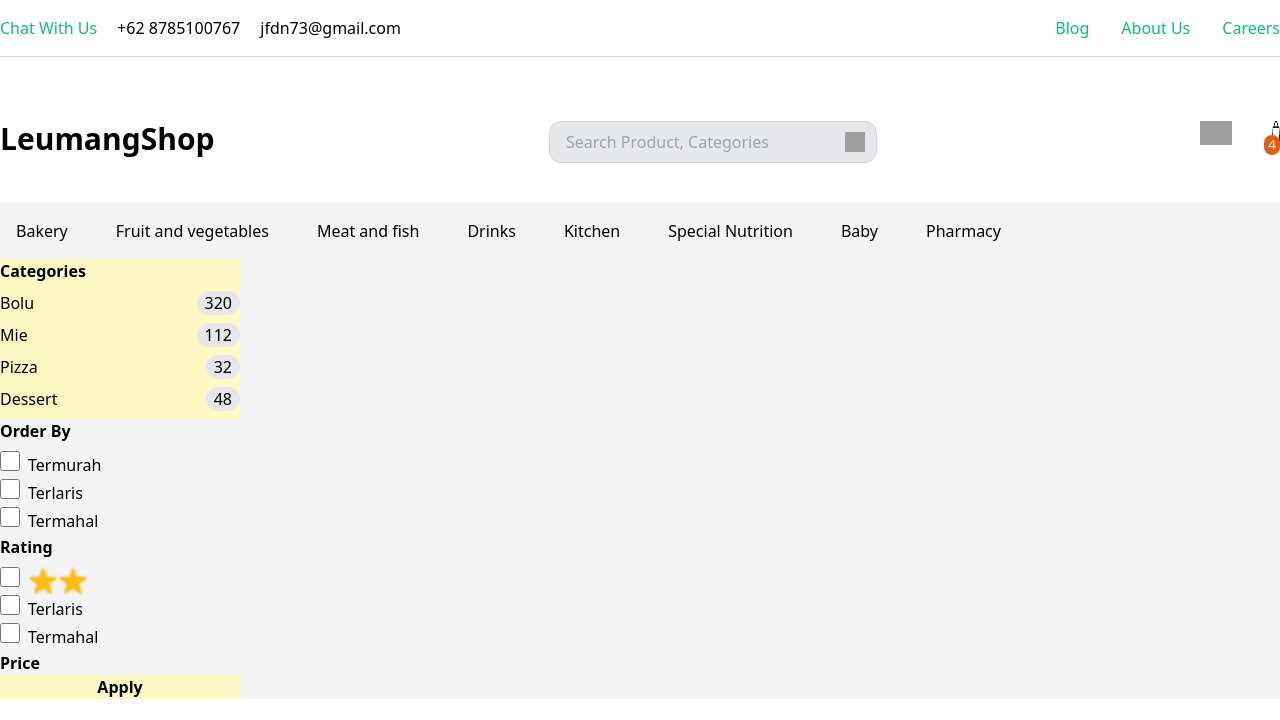
Repository: jafetdn73/ecommerce-tailwind
Page: /
These files come from the project's save history. The page is drawn as it stood at one moment and after the next save; the edit follows.
The browser window is 1280 px wide. The pictures show the whole page.
Pictures or frames that could not be fetched are drawn as grey boxes. The project was rebuilt for these pictures with package versions that can differ from the ones it lists, and the page was loaded fresh each time. Also part of the build but not shown: src/App.css.

Above is the page before, as saved 2022-03-14 01:14:43.

After the next save:
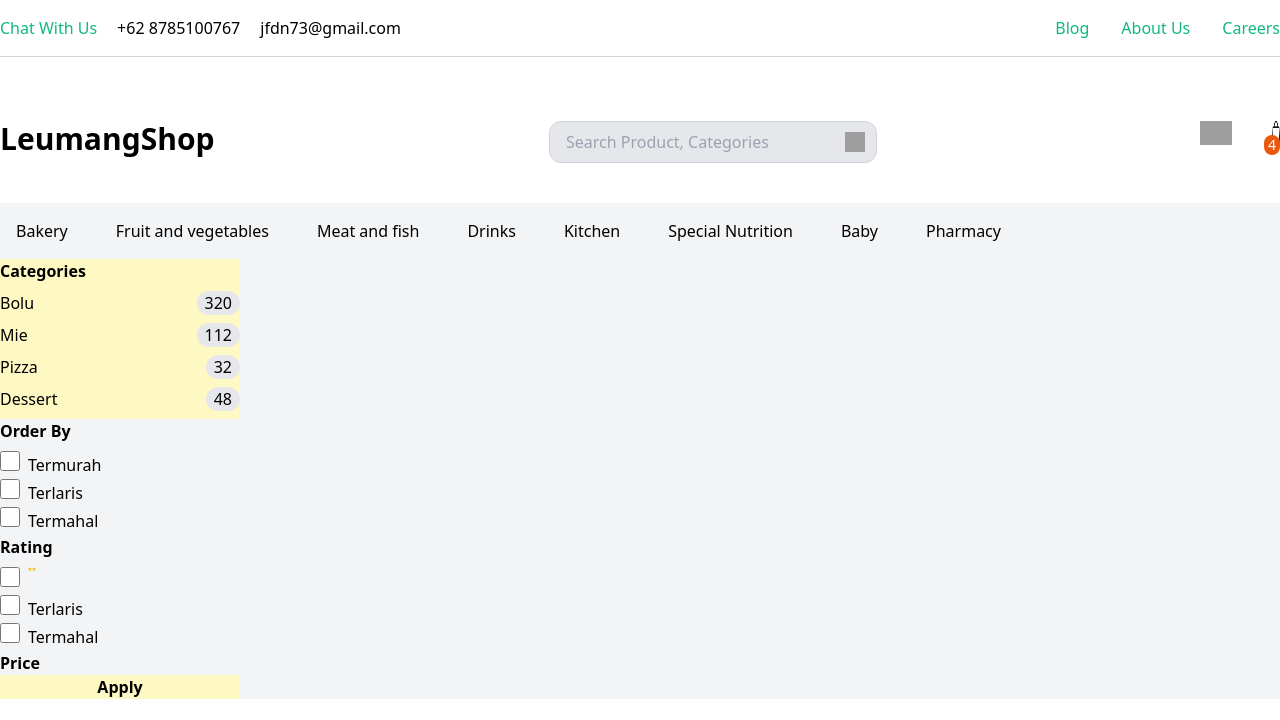
Saved 32 s later.
--- a/src/App.js
+++ b/src/App.js
@@ -97,7 +97,7 @@ function App() {
            <div  className="flex">
              <input type="checkbox" className="accent-lime-700 w-5 h-5 mr-2 mb-2">
                </input>
-               <div className="flex"><img src="images\rate-star.png"/><img src="/images/rate-star.png"/></div>
+               <div className="flex w-1 h-1"><img src="images\rate-star.png"/><img src="/images/rate-star.png"/></div>
           </div>
           <div>
             <input type="checkbox"  className="accent-lime-700 w-5 h-5 mr-2 mb-2"></input>
